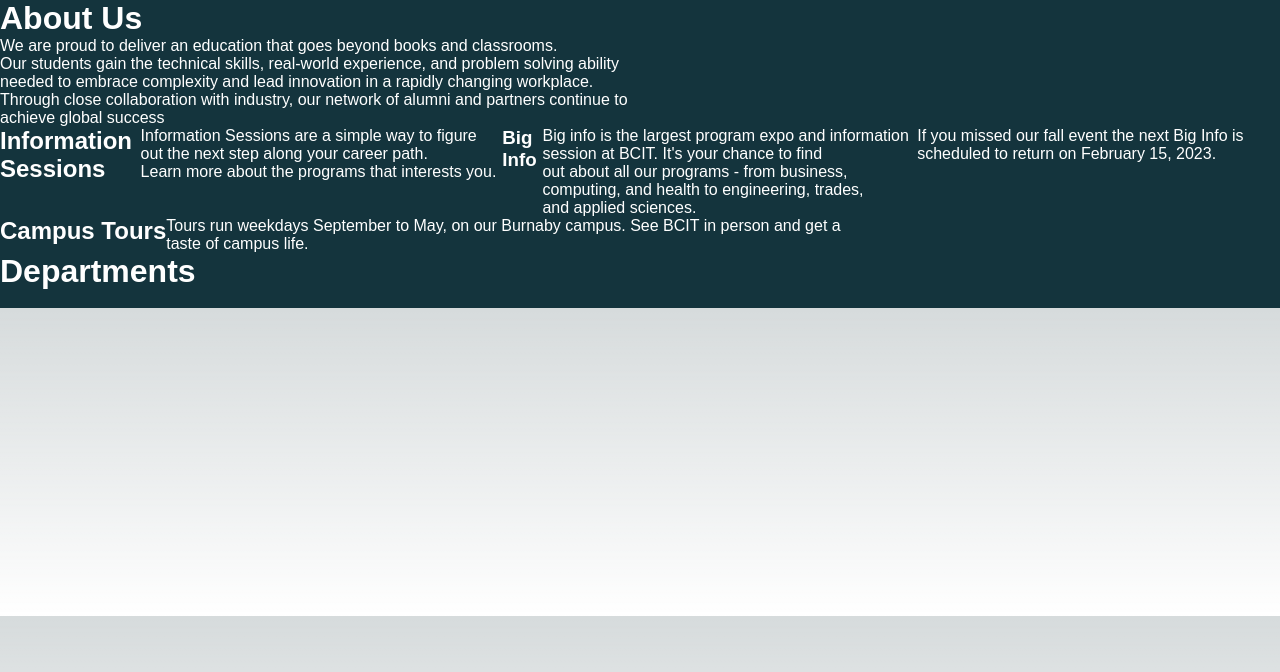
Repository: jennydmcm/assignment-1-playwright-site-A01338943
Page: /about
The author's editor kept a copy of each file at every save. The page is drawn from the files as they stood at one save, then again after the next save.
The browser window is 1280 px wide. The pictures show the whole page.
The project was rebuilt for these pictures with package versions that can differ from the ones it lists, and the page was loaded fresh each time. The framework's server and built-in components were replaced by stand-ins that run in the browser. Also part of the build but not shown: next.config.js.

Above is the page before, as saved 2023-02-08 13:09:24.

### pages/_app.js
import '../styles/globals.css'
import '../styles/variables.css'

function MyApp({ Component, pageProps }) {
  return <Component {...pageProps} />
}

export default MyApp

### pages/about.js
import Head from "next/head";
import Image from "next/image";
import { Inter } from "@next/font/google";
import styles from "@/styles/About.module.css";
const inter = Inter({ subsets: ["latin"] });

export default function Home() {
  return (
    <>
      <Head>
        <title>About Us</title>
        <meta name="description" content="Generated by create next app" />
        <meta name="viewport" content="width=device-width, initial-scale=1" />
        <meta name="author" content="MDIA 2109" />
        <meta property="og:title" content="Assignment #1 - About Us Page" />
        <meta
          property="og:description"
          content="BCIT Digital Design and Development Diploma"
        />
        <link rel="icon" href="/favicon.png" />
      </Head>
      <main className={styles.main}>
        <header>
          <div className={styles.about}>
            <h1>About Us</h1>
            <p>
              We are proud to deliver an education that goes beyond books and
              classrooms.
            </p>
            <p>
              Our students gain the technical skills, real-world experience, and
              problem solving ability <br></br>
              needed to embrace complexity and lead innovation in a rapidly
              changing workplace.
            </p>
            <p>
              Through close collaboration with industry, our network of alumni
              and partners continue to <br></br>
              achieve global success
            </p>
          </div>
          <div className={styles.infosesh}>
            <h2>Information Sessions</h2>
            <p>
              Information Sessions are a simple way to figure out the next step
              along your career path. <br></br>
              Learn more about the programs that interests you.
            </p>
            <h3>Big Info</h3>
            <p>
              Big info is the largest program expo and information session at
              BCIT. It's your chance to find<br></br>
              out about all our programs - from business, computing, and health
              to engineering, trades,<br></br>
              and applied sciences.
            </p>
            <p>
              If you missed our fall event the next Big Info is scheduled to
              return on February 15, 2023.
            </p>
          </div>

          <div className={styles.tours}>
            <h2>Campus Tours</h2>
            <p>
              Tours run weekdays September to May, on our Burnaby campus. See
              BCIT in person and get a<br></br>
              taste of campus life.
            </p>
          </div>
          <div>
            <h1>Departments</h1>
          </div>
        </header>
        <a>
          <span>
            <img href="/upwardArrow.png"></img>
            <img href="downwardArrow.png"></img>
          </span>
        </a>
      </main>
    </>
  );
}

### styles/variables.css
:root{
    --primary-color: #fff;
    --secondary-color: #f4d6b9;
    --ternary-color: #14343d;
    --quaternary-color: #14343d;
    --quinary-color: rgba(16,46,53,0.5);

}

### styles/About.module.css
.main{
    background-color: var(--ternary-color);
    color: var(--primary-color);
    font-family: Arial, Helvetica, sans-serif;
    display: flex;
    flex-direction: column;
    align-items: center;
}
.about{
    display: flex;
    flex-direction: column;
}
.infosesh{
    display: flex;
}

.tours{
    display: flex;
}

Loaded but not shown: pages/_document.js (common file); pages/api/hello.js (common file); styles/globals.css (common file)

After the next save:
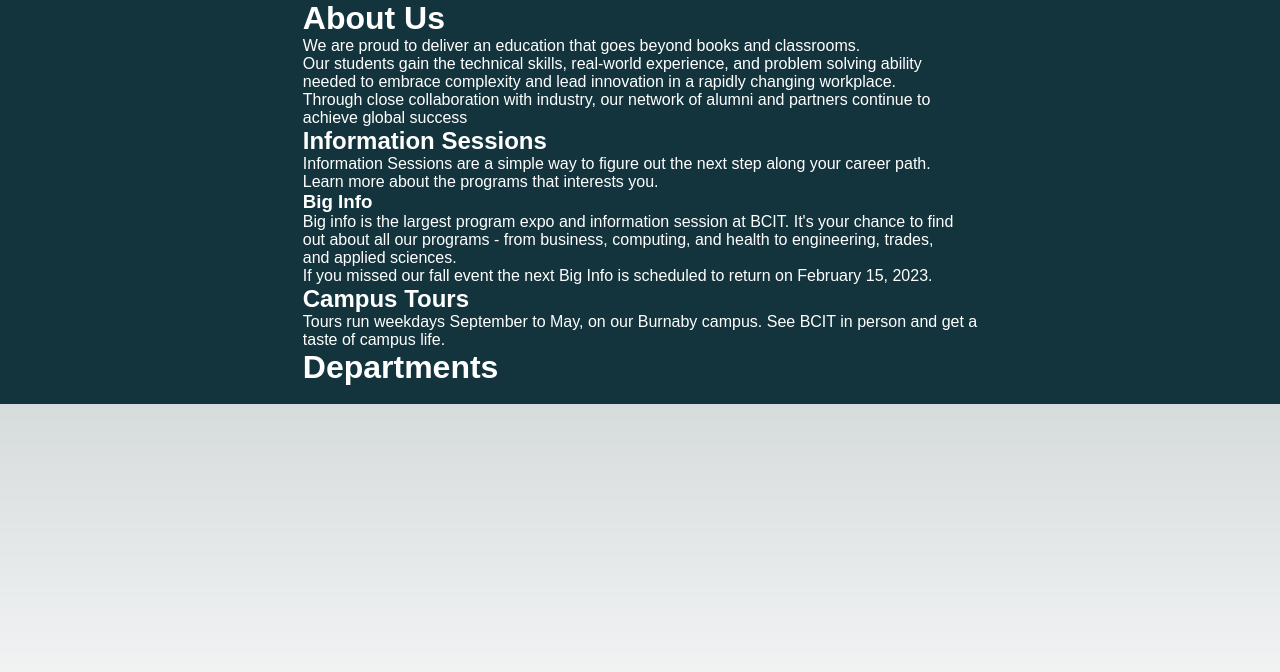
Saved 9 s later.
--- a/styles/About.module.css
+++ b/styles/About.module.css
@@ -12,8 +12,10 @@
 }
 .infosesh{
     display: flex;
+    flex-direction: column;
 }
 
 .tours{
     display: flex;
+    flex-direction: column;
 }
